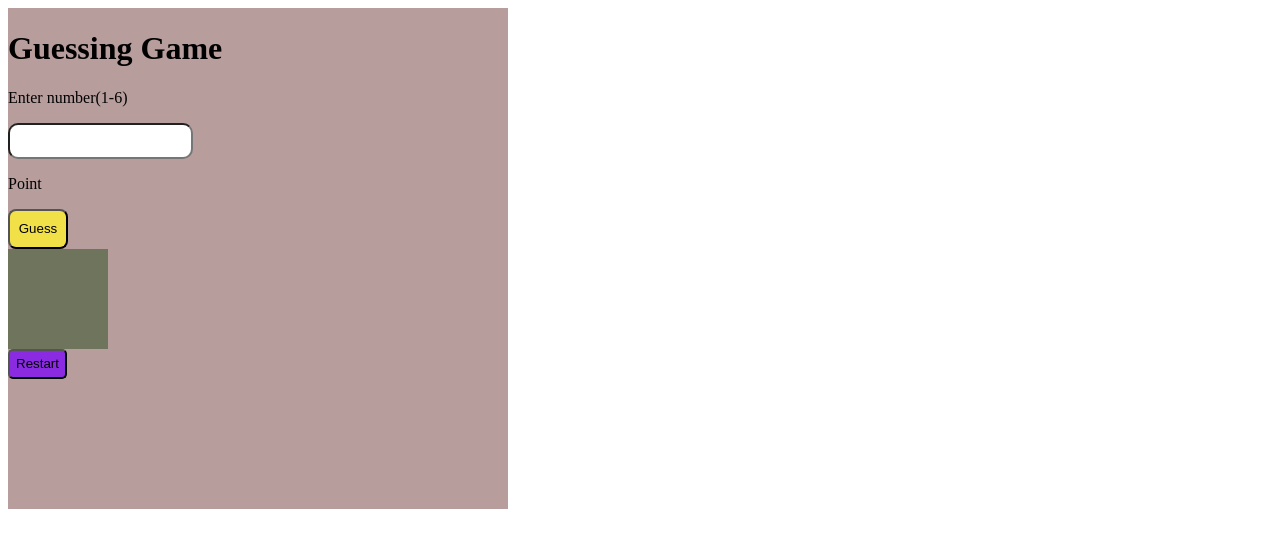
Repository: sedashahnazaryan/Guessing-Game
Page: index.html
The author's editor kept a copy of each file at every save. The page is drawn from the files as they stood at one save, then again after the next save.
The browser window is 1280 px wide. The pictures show the whole page.

Above is the page before, as saved 2022-02-23 21:45:02.

### index.html
<!DOCTYPE html>
<html lang="en">
<head>
    <meta charset="UTF-8">
    <meta http-equiv="X-UA-Compatible" content="IE=edge">
    <meta name="viewport" content="width=device-width, initial-scale=1.0">
    <link rel="stylesheet" href="./index.css">
    <title>Gueess Game</title>
</head>
<body>
    <div class="container">
        <h1 class="Guessing">Guessing Game</h1>
     <p class="enter">Enter number(1-6)</p>
<input id="num" type="text">
     <p class="p">Point</p>
     <button id="btn">Guess</button>
     <div class="table" id="show-text"></div>
     <button  id="restart"> Restart</button>
    </div>
 <script src="./index.js"></script>
</body>
</html>

### index.css
.container{

    background-color: #b89d9d;
    height: 500px;
    width: 500px;
    padding-top:1px;


}
#num{
height: 30px;
border-radius: 10px;
}
#btn{
    height: 40px;
    width: 60px;
    border-radius: 8px;
    background-color: rgb(241, 224, 72);
}
.table{
    height: 100px;
    width: 100px;
    background-color: rgb(111, 116, 92);
}
#restart{
    height: 30px;
   border-radius: 5px;
   background-color: blueviolet;
}

### index.js
let input=document.getElementById("num");
let btn=document.getElementById("btn");
let text=document.getElementById("show-text");
let restart=document.getElementById("restart");
let random = Math.floor(Math.random() * 6 + 1);

function result(){

return new Promise((resolve,reject)=>{
    if(isNaN(+input.value) || (+input.value > 6 )|| (+input.value < 1)){
        reject("it is error");
    }

else if(random === +input.value){
    resolve("2 points");
}
else if((random-1 === +input.value) || (random+1 === +input.value)){
    resolve("1 points.correct number is " + random);

   }else{
   resolve("0 points.correct number is " + random);
}

})

}
btn.addEventListener("click",()=>{
    result().then((answer)=>{
        return text.innerHTML = answer;
      }).catch((err)=>{
          alert ("incorrect input");
      })
})
restart.addEventListener("click",()=>{
input.value="";
text.innerHTML="";
})

After the next save:
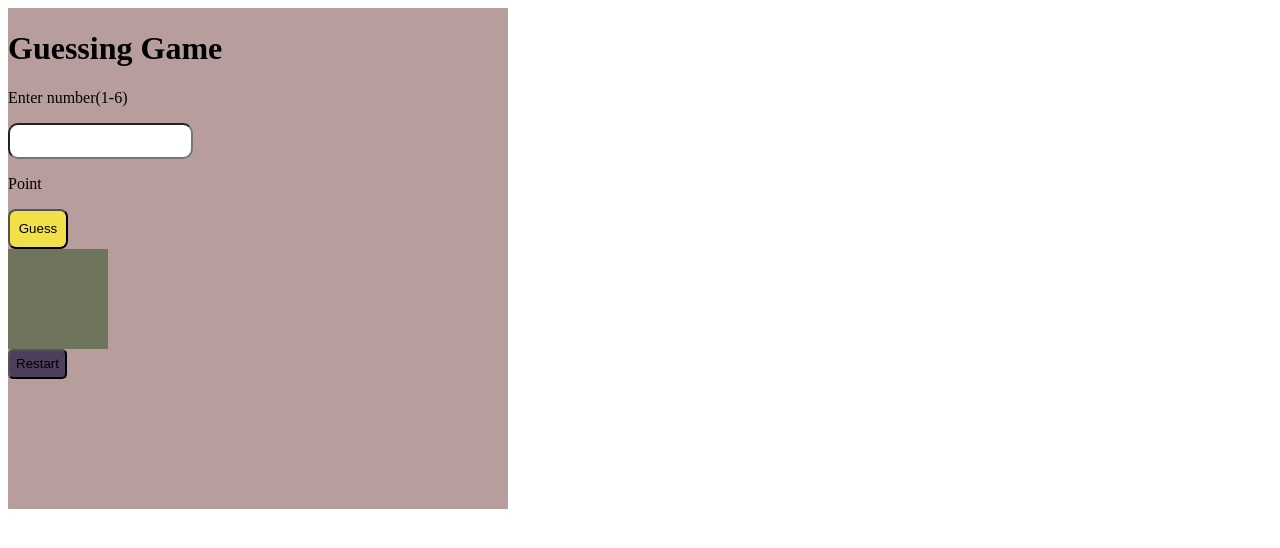
Saved 5 s later.
--- a/index.css
+++ b/index.css
@@ -25,5 +25,5 @@ border-radius: 10px;
 #restart{
     height: 30px;
    border-radius: 5px;
-   background-color: blueviolet;
+   background-color: rgb(78, 63, 92);
 }
